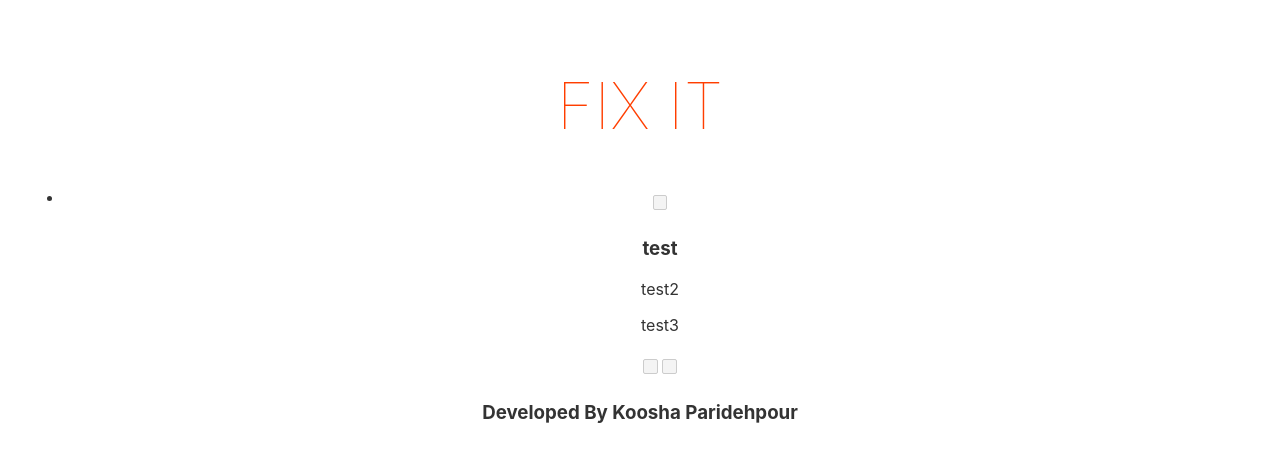
Repository: KooshaPari/fixit-go
Page: / (app in frontend/)
These files come from the project's save history. The page is drawn as it stood at one moment and after the next save; the edit follows.
The browser window is 1280 px wide. The pictures show the whole page.
The project was rebuilt for these pictures with package versions that can differ from the ones it lists, and the page was loaded fresh each time.

Above is the page before, as saved 2024-09-23 20:35:37.

After the next save:
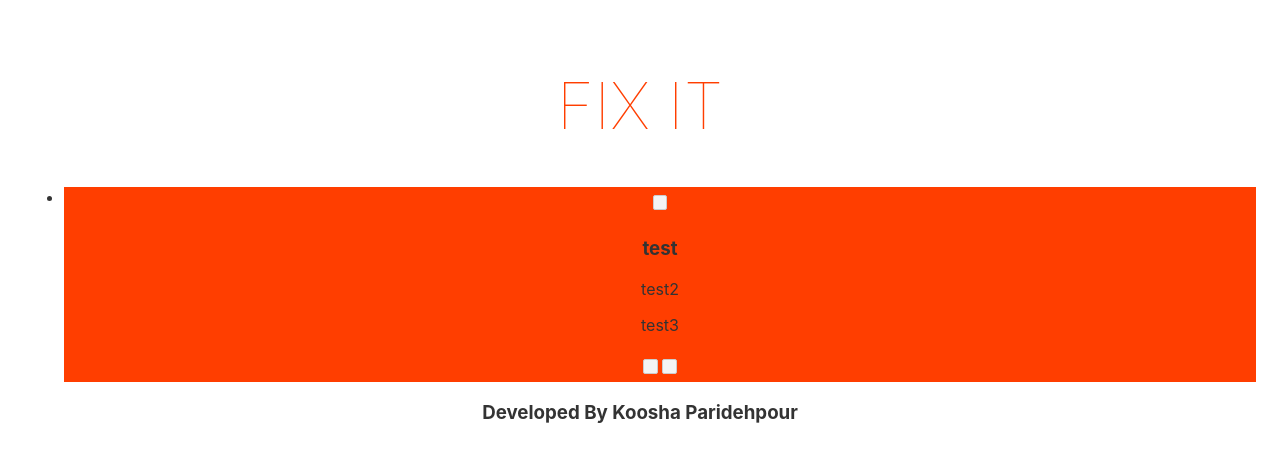
Saved 10 s later.
--- a/frontend/src/App.svelte
+++ b/frontend/src/App.svelte
@@ -97,7 +97,7 @@
 			max-width: none;
 		}
 	}
-	.todoListItm{
+	.todoLstItm{
 		background-color: #ff3e00;
 
 	}
